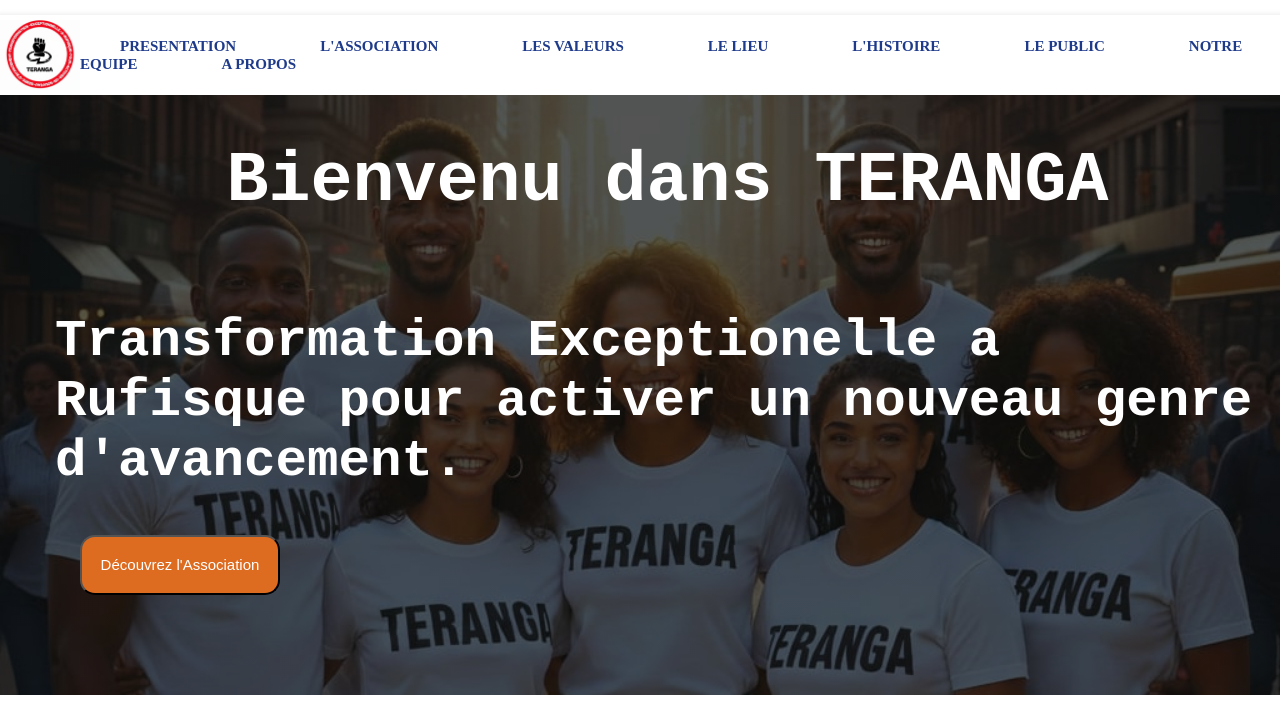
Repository: assanendao171/projet-teranga
Page: presentation.html
These files come from the project's save history. The page is drawn as it stood at one moment and after the next save; the edit follows.
The browser window is 1280 px wide. The pictures show the whole page.

Above is the page before, as saved 2026-02-11 12:54:51.

After the next save:
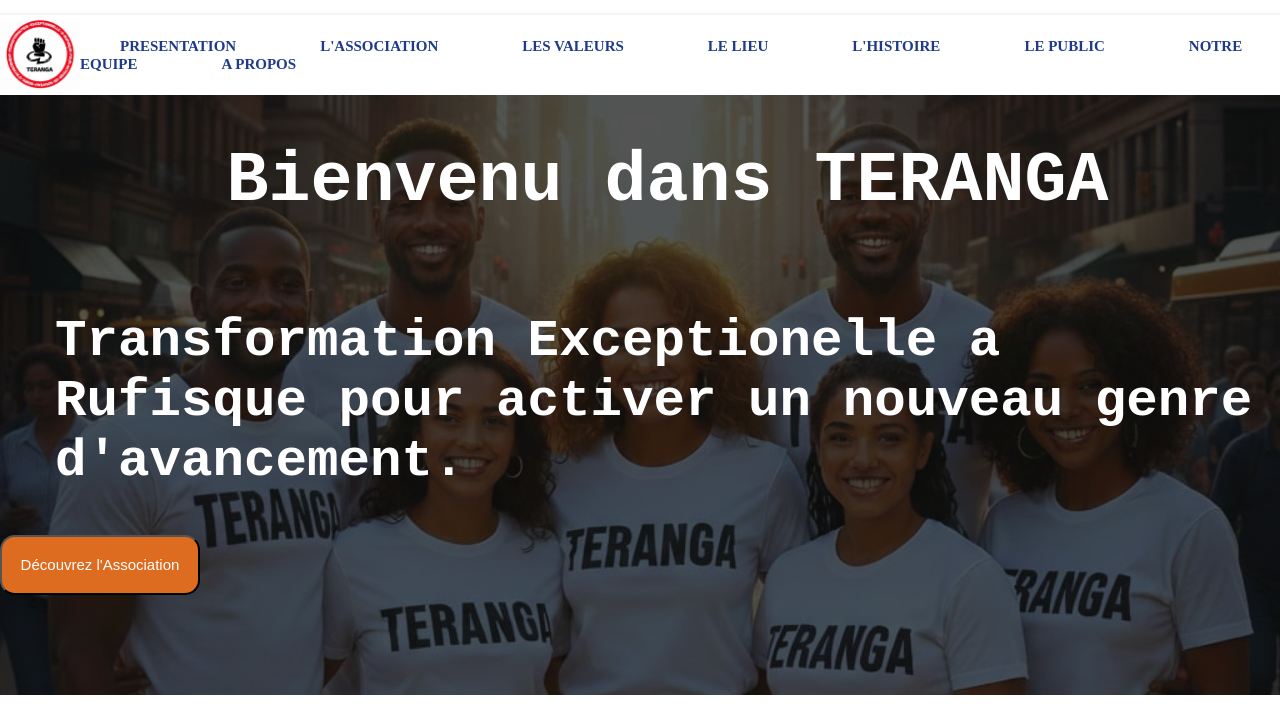
Saved 10 s later.
--- a/presentation.css
+++ b/presentation.css
@@ -51,5 +51,5 @@ border-radius: 15px;
 background-color: #DD6B20;
 color: #FFFFFF;
 font-size: 15px;
-margin-left: 80px;
+text-align: center;
 }
